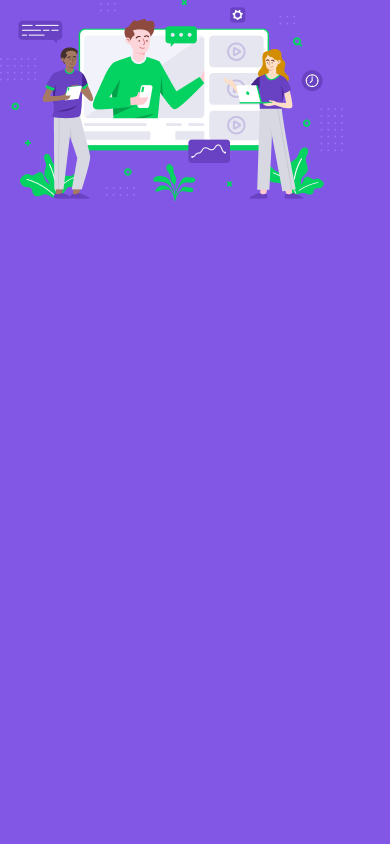
Repository: marciocamello/nlw-proffy-mobile
Screen: /
The author's editor kept a copy of each file at every save. The screen is drawn from the files as they stood at one save, then again after a run of saves.
The app was drawn by React Native's web renderer in a window 390 px wide. The project was rebuilt for these pictures with package versions that can differ from the ones it lists, and the page was loaded fresh each time.

Above is the screen before, as saved 2020-08-06 08:58:58.

After the next 2 saves:
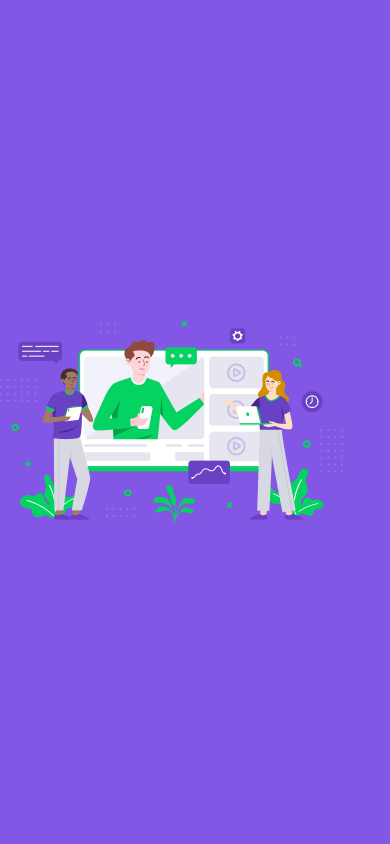
The 2 saves are shown as one change because they came seconds apart.
The last was saved 10 s later.
--- a/src/pages/Landing/styles.ts
+++ b/src/pages/Landing/styles.ts
@@ -4,6 +4,7 @@ const styles = StyleSheet.create({
   container: {
     flex: 1,
     backgroundColor: '#8257E5',
+    justifyContent: 'center',
 
   },
 });
